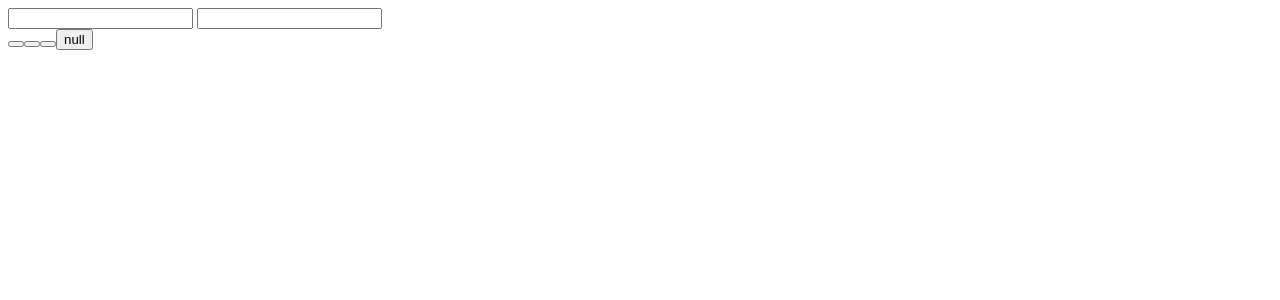
Repository: bharatgupta77/Java-codes
Page: http://localhost/Calculator/index1.jsp
The author's editor kept a copy of each file at every save. The page is drawn from the files as they stood at one save, then again after the next save.
The browser window is 1280 px wide. The pictures show the whole page.
The page is served by Tomcat 9.

Above is the page before, as saved 2020-09-29 10:39:23.

After the next save:
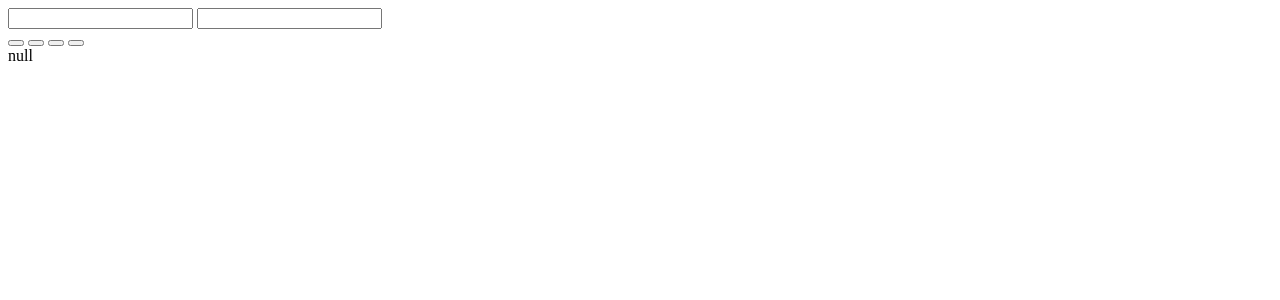
Saved 16 s later.
--- a/Calculator/WebContent/index1.jsp
+++ b/Calculator/WebContent/index1.jsp
@@ -12,10 +12,10 @@
 	<input type="number" name="num">
 	<input type="number" name="num1"><br>
 
-	<button type="submit" name="btn1" value="btn1">
-	<button type="submit" name="btn2" value="btn2">
-	<button type="submit" name="btn3" value="btn3">
-	<button type="submit" name="btn4" value="btn4">
+	<button type="submit" name="btn1" value="btn1"></button>
+	<button type="submit" name="btn2" value="btn2"></button>
+	<button type="submit" name="btn3" value="btn3"></button>
+	<button type="submit" name="btn4" value="btn4"></button>
 
 
 
